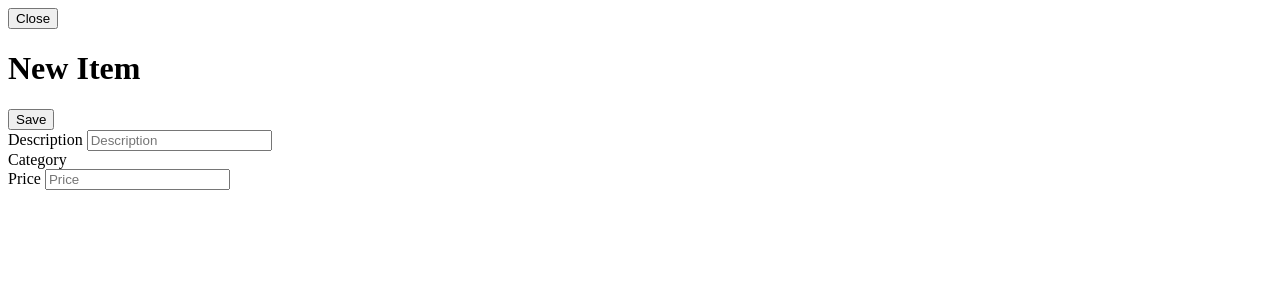
Repository: dvbondoy/peddler-pos
Page: www/product/templates/new-item.html
These files come from the project's save history. The page is drawn as it stood at one moment and after the next save; the edit follows.
The browser window is 1280 px wide. The pictures show the whole page.

Above is the page before, as saved 2016-12-08 14:20:08.

### www/product/templates/new-item.html
<ion-modal-view>
  <ion-header-bar>
    <div class="buttons">
      <button class="button" ng-click="newItemModal.hide()">Close</button>
    </div>
    <h1 class="title">New Item</h1>
    <div class="buttons">
      <button class="button">Save</button>
    </div>
  </ion-header-bar>
  <ion-content>
    <div class="padding list">
      <label for="" class="item item-input item-floating-label">
        <span class="input-label">Description</span>
        <input type="text" placeholder="Description" ng-model="item.description">
      </label>
      <!--<label for="" class="item item-input item-floating-label">
        <span class="input-label">Category</span>
        <input type="text" placeholder="Category" ng-model="item.category">
      </label>-->
      <div>
        <div class="padding">
          Category
          <span class="pull-right ion-chevron-down"></span>
        </div>
      </div>
      <label for="" class="item item-input item-floating-label">
        <span class="input-label">Price</span>
        <input type="text" placeholder="Price" ng-model="item.price">
      </label>
    </div>
  </ion-content>
</ion-modal-view>

After the next save:
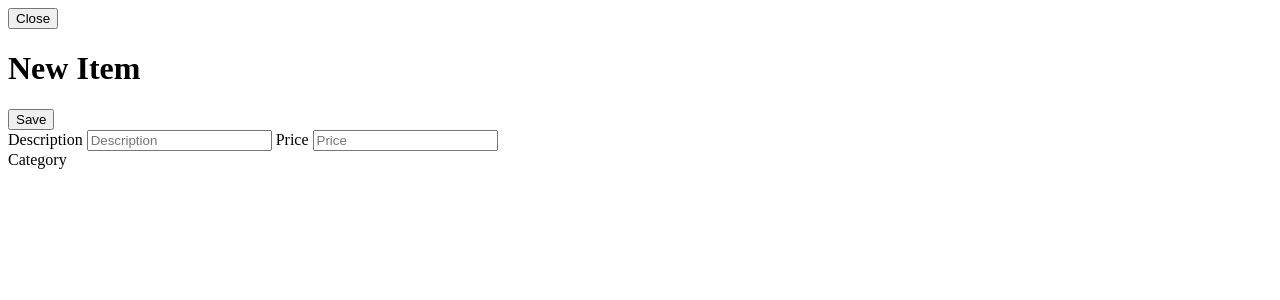
Saved 49 s later.
--- a/www/product/templates/new-item.html
+++ b/www/product/templates/new-item.html
@@ -18,16 +18,17 @@
         <span class="input-label">Category</span>
         <input type="text" placeholder="Category" ng-model="item.category">
       </label>-->
+
+      <label for="" class="item item-input item-floating-label">
+        <span class="input-label">Price</span>
+        <input type="text" placeholder="Price" ng-model="item.price">
+      </label>
       <div>
         <div class="padding">
           Category
           <span class="pull-right ion-chevron-down"></span>
         </div>
       </div>
-      <label for="" class="item item-input item-floating-label">
-        <span class="input-label">Price</span>
-        <input type="text" placeholder="Price" ng-model="item.price">
-      </label>
     </div>
   </ion-content>
 </ion-modal-view>
